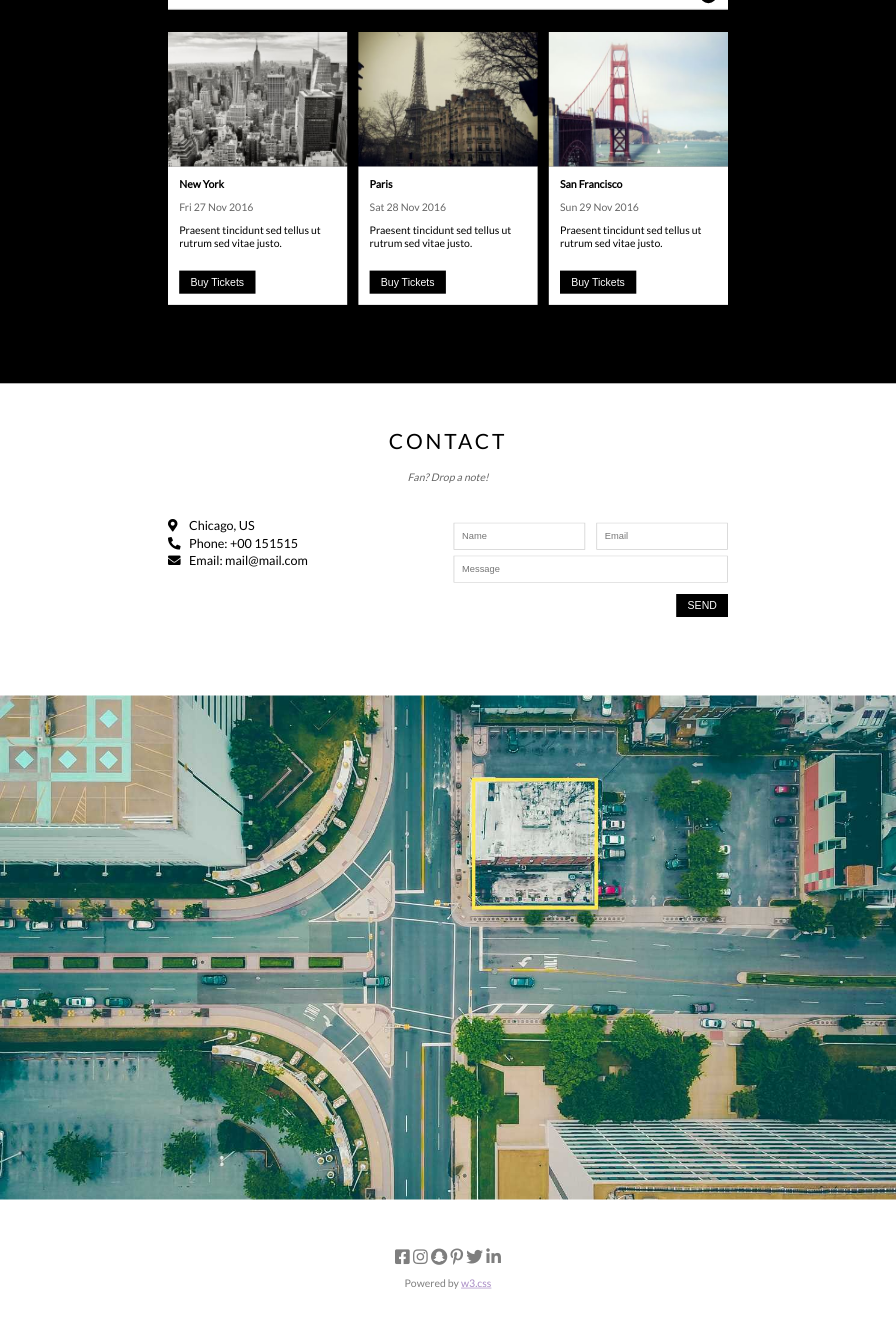
Repository: nguyenthaicong265/w3-band
Page: index.html
The author's editor kept a copy of each file at every save. The page is drawn from the files as they stood at one save, then again after the next save.
The browser window is 1280 px wide. The pictures show the part of the page from y = 1692 to 3612 px (the page is 3612 px tall), at 70% of full size.

Above is the page before, as saved 2022-01-05 01:36:00.

### index.html
<!DOCTYPE html>
<html lang="en">
<head>
    <meta charset="UTF-8">
    <meta http-equiv="X-UA-Compatible" content="IE=edge">
    <meta name="viewport" content="width=device-width, initial-scale=1.0">
    <title>Document</title>
    <link rel="stylesheet" href="./assets/css/styles.css">
    <link rel="stylesheet" href="https://fonts.googleapis.com/css?family=Lato">
    <link rel="stylesheet" href="./assets/font/themify-icons-font/themify-icons/themify-icons.css">
    <link rel="stylesheet" href="./assets/font/fontawesome-free-5.15.4-web/css/all.css">
</head>
<body>
    <div id="main">
        <div id="header">
            <ul id="nav">
                <li><a href="">Home</a></li>
                <li><a href="">Band</a></li>
                <li><a href="">Tour</a></li>
                <li><a href="">Contact</a></li>
                <li>
                    <a href="#">
                        More
                        <i class="fas fa-sort-down"></i>
                    </a>
                    <ul class="subnav">
                        <li><a href="#">Merchandise</a></li>
                        <li><a href="#">Extras</a></li>
                        <li><a href="#">Media</a></li>
                    </ul>
                </li>
            </ul>
            <div class="search-button">
                <i class="fas fa-search text-white"></i>
            </div>
        </div>

        <div id="slider">
            <div class="text-content text-white">
                <h2 class="text-head">Los Angeles
                </h2>
                <div class="text-description">We had the best time playing at Venice Beach!
                </div>
            </div>
        </div>

        <div id="content">
            <!-- About-section -->
            <div class="band-section">
                <div class="content-section">
                    <h2 class="section-heading">
                    THE BAND
                    </h2>
                    <p class="section-sub-heading">
                    We love music
                    </p>
                    <p class="about-text">We have created a fictional band website. Lorem ipsum dolor sit amet, consectetur adipiscing elit, sed do eiusmod tempor incididunt ut labore et dolore magna aliqua. Ut enim ad minim veniam, quis nostrud exercitation ullamco laboris nisi ut aliquip ex ea commodo consequat. Duis aute irure dolor in reprehenderit in voluptate velit esse cillum dolore eu fugiat nulla pariatur. Excepteur sint occaecat cupidatat non proident, sunt in culpa qui officia deserunt mollit anim id est laborum consectetur adipiscing elit, sed do eiusmod tempor incididunt ut labore et dolore magna aliqua. Ut enim ad minim veniam, quis nostrud exercitation ullamco laboris nisi ut aliquip ex ea commodo consequat.
                    </p>

                    <!-- Member -->
                    <div class="members-list">
                        <div class="member-item">
                            <p class="member-name">Name</p>
                            <img src="./assets/img/band/member1.jpg" alt="Name" class="member-avatar">
                        </div>

                        <div class="member-item">
                            <p class="member-name">Name</p>
                            <img src="./assets/img/band/member1.jpg" alt="Name" class="member-avatar">
                        </div>

                        <div class="member-item">
                            <p class="member-name">Name</p>
                            <img src="./assets/img/band/member1.jpg" alt="Name" class="member-avatar">
                        </div>
                    </div>
                </div>
            </div>

            <!-- Tour-section -->
            <div class="tour-section">
                <div class="content-section">
                    <h2 class="section-heading text-white">
                    TOUR DATES
                    </h2>
                    <p class="section-sub-heading text-white">
                    Remember to book your tickets!
                    </p>

                    <!-- Tickets  -->
                    <ul class="tickets-list">
                        <li>September <span class="sold-out text-white">Sold out</span></li>
                        <li>October <span class="sold-out text-white">Sold out</span></li>
                        <li>November <span class="quantity text-white">3</span></li>
                    </ul>

                    <!-- Places -->
                    <div class="row places-list">
                        <div class="col col-third">
                            <img src="./assets/img/places/newyork.jpg" alt="New York" class="place-img">
                            <div class="place-body">
                                <h3 class="place-heading">
                                    New York
                                </h3>
                                <p class="place-time">
                                    Fri 27 Nov 2016
                                </p>
                                <p class="place-dsc">
                                    Praesent tincidunt sed tellus ut rutrum sed vitae justo.
                                </p>
                                <button class="btn js-buy-ticket">Buy Tickets</button>
                            </div>
                        </div>

                        <div class="col col-third">
                            <img src="./assets/img/places/paris.jpg" alt="Paris" class="place-img">
                            <div class="place-body">
                                <h3 class="place-heading">
                                    Paris
                                </h3>
                                <p class="place-time">
                                    Sat 28 Nov 2016
                                </p>
                                <p class="place-dsc">
                                    Praesent tincidunt sed tellus ut rutrum sed vitae justo.
                                </p>
                                <button class="btn js-buy-ticket">Buy Tickets</button>
                            </div>
                        </div>

                        <div class="col col-third">
                            <img src="./assets/img/places/sanfran.jpg" alt="San Francisco" class="place-img">
                            <div class="place-body">
                                <h3 class="place-heading">
                                    San Francisco
                                </h3>
                                <p class="place-time">
                                    Sun 29 Nov 2016
                                </p>
                                <p class="place-dsc">
                                    Praesent tincidunt sed tellus ut rutrum sed vitae justo.
                                </p>
                                <button class="btn js-buy-ticket">Buy Tickets</button>
                            </div>
                        </div>
                    </div>
                </div>
            </div>

            <!-- Begin: Contact-section -->
            <div class="content-section">
                <h2 class="section-heading">
                CONTACT</h2>
                <p class="section-sub-heading">
                Fan? Drop a note!</p>
                <div class="row contact-content">
                    <div class="col col-half contact-info">
                        <p><i class="fas fa-map-marker-alt"></i>Chicago, US</p>
                        <p><i class="fas fa-phone-alt"></i>Phone: +00 151515</p>
                        <p><i class="fas fa-envelope"></i>Email: mail@mail.com</p>
                    </div>
                    <div class="col col-half contact-form">
                        <form action="">
                            <div class="row mt-8">
                                <div class="col col-half">
                                    <input type="text" name="" required placeholder="Name" id="" class="form-control">
                                </div>
                                <div class="col col-half">
                                    <input type="email" name="" required placeholder="Email" id="" class="form-control">
                                </div>
                            </div>
                            <div class="row mt-8">
                                <div class="col col-full">
                                    <input type="text" name="" required placeholder="Message" id="" class="form-control">
                                </div>
                            </div>
                            <input class="btn pull-right mt-16" type="submit" value="SEND">
                        </form>
                    </div>
                </div>
            </div>
            <!-- End: Contact-section -->


            <div class="map-section">
                <img src="./assets/img/map.jpg" alt="Map">
            </div>
        </div>

        <div id="footer">
            <div class="socials-list">
                <a href=""><i class="fab fa-facebook-square"></i></a>
                <a href=""><i class="fab fa-instagram"></i></a>
                <a href=""><i class="fab fa-snapchat"></i></a>
                <a href=""><i class="fab fa-pinterest-p"></i></a>
                <a href=""><i class="fab fa-twitter"></i></a>
                <a href=""><i class="fab fa-linkedin-in"></i></a>
            </div>
            <p class="copyright">Powered by <a href="">w3.css</a></p>
        </div>
    </div>
    <div class="modal js-modal">
         <div class="modal-contaner js-modal-container">
             <div class="modal-close js-modal-close">
                <i class="fas fa-times"></i>
             </div>

             <div class="modal-header text-white">
                <i class="fas fa-suitcase"></i> Tickets
             </div>

             <div class="modal-body">
                <label for="ticket-quantity" class="modal-label">
                    <i class="fas fa-shopping-cart"></i>
                    Tickets, $15 per person
                 </label>
                 <input type="text" id="ticket-quantity" class="modal-input" placeholder="How many?">

                 <label for="ticket-email" class="modal-label">
                    <i class="fas fa-user"></i>
                    Send To
                 </label>
                 <input type="text" id="ticket-email" class="modal-input" placeholder="Enter email">

                <button id="buy-ticket">
                    Pay
                    <i class="fas fa-check"></i>
                </button>
             </div>

             <div class="modal-footer">
                 <p class="modal-help">
                     Need <a href="">help?</button>
                 </p>
             </div>
         </div>
    </div>

    <script>
        const buyBtns = document.querySelectorAll('.js-buy-ticket')
        const modal = document.querySelector('.js-modal')
        const modalContainer = document.querySelector('.js-modal-container')
        const modalClose = document.querySelector('.js-modal-close')

        // Hàm hiển thị modal mua vé
        function showBuyTickets() {
            modal.classList.add('open')
        }

        // Hàm ẩn modal mua vé
        function closeBuyTickets() {
            modal.classList.remove('open')
        }

        // Lắng nghe click vào từng button Buy Ticket
        for (const buyBtn of buyBtns) {
            buyBtn.addEventListener('click', showBuyTickets)
        }

        // Lắng nghe click vào button close
        modalClose.addEventListener('click', closeBuyTickets)

        // Lắng nghe click vào modal
        modal.addEventListener('click', closeBuyTickets)

        // Lắng nghe click vào container
        modalContainer.addEventListener('click', function(event) {
            event.stopPropagation()
        })
    </script>
</body>
</html>

### assets/css/styles.css
/* Reset CSS */
* {
    padding: 0;
    margin: 0;
    box-sizing: border-box;
}

html {
    font-family: "Lato", sans-serif;
    font-size: 62.5%;
}

/* Common */
.clear {
    clear: both;
}

.text-white {
    color: #ffff !important;
}

.row {
    margin-left: -8px;
    margin-right: -8px;
    overflow: hidden;
}

.col {
    float: left;
    padding-left: 8px;
    padding-right: 8px;
}

.col-third {
    width: 33.33333%;
}

.col-half {
    width: 50%;
}

.col-full {
    width: 100%;
}

.mt-8 {
    margin-top: 8px;
}

.mt-16 {
    margin-top: 16px;
}

.btn {
    display: inline-block;
    font-size: 15px;
    color: #ffff;
    background-color: #000;
    text-decoration: none;
    padding: 8px 16px;
    margin-top: 16px;
    border: 0px;
    cursor: pointer;
}

.btn:hover {
    color: #000;
    background-color: #ccc;
}

.pull-right {
    float: right;
    overflow: hidden;
}

/* Main */

#main {

}

#header {
    position: fixed;
    top: 0;
    left: 0;
    right: 0;
    height: 46.5px;
    background-color: #000000;
    z-index: 1;
}

#header .search-button {
    float: right;
    padding: 0 21px;
}

#header .search-button:hover {
    cursor: pointer;
    background-color: #f44336!important;
}

#header .fa-search {
    font-size: 13px;
    line-height: 46px;
}

#nav, .subnav {
    display: inline-block;
    list-style-type: none;
}

#nav > li {
    display: inline-block;
}

#nav li {
    position: relative;
}

#nav > li > a {
    color: #ffffff;
    text-transform: uppercase;
}

#nav li a {
    text-decoration: none;
    line-height: 46.5px;
    padding: 0px 24px;
    font-size: 1.5rem;
    display: block;
}

#nav .fa-sort-down {
    font-size: 20px;
}

#nav li:hover .subnav {
    display: block;

}

#nav > li:hover > a,
#nav .subnav li:hover a {
    color: #000 !important;
    background-color: #ccc !important;
}

#nav .subnav {
    display: none;
    position: absolute;
    min-width: 160px;
    top: 46.5px;
    background-color: #ffffff;
    box-shadow: 0 0 10px rgba(0, 0, 0, 0.3);
}

#nav .subnav a {
    color: #000;
    padding: 0 12px;
    line-height: 38px;
}

#slider {
    position: relative;
    margin-top: 46px;
    padding-top: 50%;
    background: url(/assets/img/slider/slider1.jpg) top center / cover no-repeat;
}

#slider .text-content {
    position: absolute;
    bottom: 48px;
    width: 100%;
    text-align: center;
}

#slider .text-head {
    font-weight: 100;
    font-size: 24px;
    margin-bottom: 10px;
}
#slider .text-description {
    font-size: 15px;
    margin-top: 15px;
}

#content {
}

#content .content-section {
    width: 800px;
    padding: 64px 0 112px ;
    margin-left: auto;
    margin-right: auto;
}

#content .section-heading {
    font-size: 30px;
    font-weight: 400;
    letter-spacing: 4px;
    text-align: center;
}

#content .section-sub-heading {
    font-size: 15px;
    font-style: italic;
    text-align: center;
    opacity: 0.6;
    margin-top: 25px;
}

#content .about-text {
    text-align: justify;
    font-size: 15px;
    margin-top: 25px;
    line-height: 1.4;
}

#content .members-list {
    margin-top: 48px;
    overflow: hidden;
    padding-top: 32px !important;
    padding-bottom: 32px !important;
}

#content .member-item {
    float: left;
    width: 33.333333%;
    text-align: center;
}

#content .member-name {
    font-size: 15px;


}

#content .member-avatar {
    width: 60%;
    margin-top: 15px;
    border-radius: 4px;
}

.tour-section {
    background-color: #000;
    width: 100%;
}

.tickets-list {
    background-color: #ffffff;
    margin-top: 40px;
    list-style-type: none;
}

.tickets-list li {
    font-size: 15px;
    padding: 11px 16px;
    border-bottom: 1px solid #dddd;
    color: #757575;
}

.tickets-list .sold-out {
    background-color: #f44336!important;
    padding: 2px 7px;
    margin-left: 16px;
}

.tickets-list .quantity {
    float: right;
    width: 24px;
    height: 24px;
    background-color: #000;
    border-radius: 50%;
    line-height: 24px;
    text-align: center;
    margin-top: -3px;
}

.places-list {
    margin-top: 32px;
    overflow: hidden;
}

.place-img {
    display: block;
    width: 100%;
}

.place-img:hover {
    opacity: 0.6;
}

.place-body {
    background-color: #ffff;
    padding: 16px;
}

.place-heading {
    font-size: 15px;
    font-weight: bolder;
    margin-bottom: 15px;
}

.place-time {
    font-size: 15px;
    opacity: 0.6;
    margin-bottom: 15px;
}

.place-dsc {
    font-size: 15px;
    margin-bottom: 15px;
}

.fas {
    display: inline-block;
}

.contact-content {
    margin-top: 48px;
}

.contact-info {
    font-size: 18px;
    line-height: 1.4;
}

.contact-info .fas {
    width: 30px;
}

.contact-form {
    font-size: 15px;
}

.contact-form .form-control {
    padding: 11px;
    border: 1px solid #ccc;
    width: 100%;
}

/* Map section */
.map-section img {
    width: 100%;
}

/* Footer section */
#footer {
    padding: 64px 16px;
    text-align: center;
    font-size: 15px;
}

#footer .socials-list {
    font-size: 24px;
}

#footer .socials-list a {
    color: #000;
    opacity: 0.5;
}

#footer .copyright {
    margin: 15px 0;
    color: #000;
    opacity: 0.5;
}

#footer .copyright a {

}

.modal {
    position: fixed;
    top: 0;
    right: 0;
    bottom: 0;
    left: 0;
    background: rgba(0, 0, 0, 0.4);
    align-items: center;
    justify-content: center;
    display: none;
}

.modal.open {
    display: flex;
}

.modal-contaner {
    background: #fff;
    width: 900px;
    max-width: calc(100% - 32px);
    min-height: 200px;
    position: relative;
    animation: modalFadeIn ease 0.5s;
}

.modal-close {
    position: absolute;
    right: 0;
    top: 0;
    padding: 15px;
    cursor: pointer;
    color: #fff;
    font-size: 15px;
}

.modal-close:hover {
    background-color: #ccc;
    color: #000;
}

.modal-header {
    background-color: #009688;
    height: 130px;
    display: flex;
    align-items: center;
    justify-content: center;
    font-size: 30px;
    letter-spacing: 5px;
}

.modal-header .fa-suitcase {
    margin-right: 15px;
}

.modal-body {
    padding: 15px;

}

.modal-body .modal-label {
    display: block;
    font-size: 15px;
    opacity: 0.8;
}

.modal-body .modal-input {
    border: 1px solid #ccc;
    padding: 8px;
    margin: 15px 0;
    width: 100%;
    font-size: 15px;
}

#buy-ticket {
    background-color: #009688;
    color: #fff;
    font-size: 15px;
    padding: 15px;
    width: 100%;
    border: 0px;
}

#buy-ticket:hover {
    background-color: #ccc;
    color: #000;
}

.modal-footer {
    padding: 16px;
    text-align: right;
    font-size: 15px;
}

.modal-help {
    top: 0;
    right: 0;
}

.modal-help a {
    color: #2196F3;
}

@keyframes modalFadeIn {
    from {
        opacity: 0;
        transform: translateY(-100px);
    }
    to {
        opacity: 1;
        transform: translateY(0px);
    }
}

Loaded but not shown: assets/font/themify-icons-font/themify-icons/themify-icons.css (common file); assets/font/fontawesome-free-5.15.4-web/css/all.css (library)

After the next save:
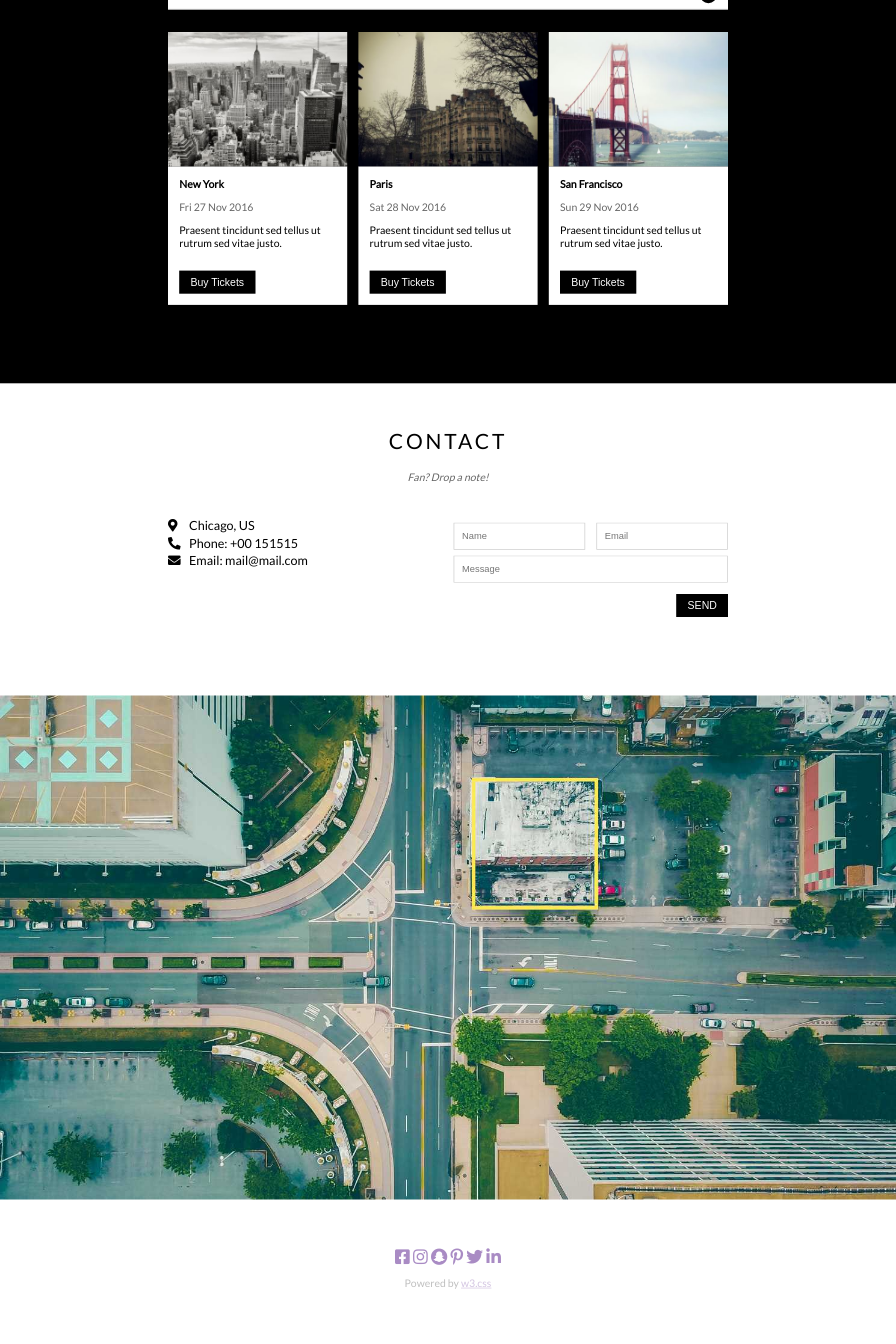
Saved 60 s later.
--- a/assets/css/styles.css
+++ b/assets/css/styles.css
@@ -349,6 +349,8 @@ html {
     padding: 64px 16px;
     text-align: center;
     font-size: 15px;
+    color: #000;
+    opacity: 0.5;
 }
 
 #footer .socials-list {
@@ -356,8 +358,7 @@ html {
 }
 
 #footer .socials-list a {
-    color: #000;
-    opacity: 0.5;
+    text-decoration: none;
 }
 
 #footer .copyright {
